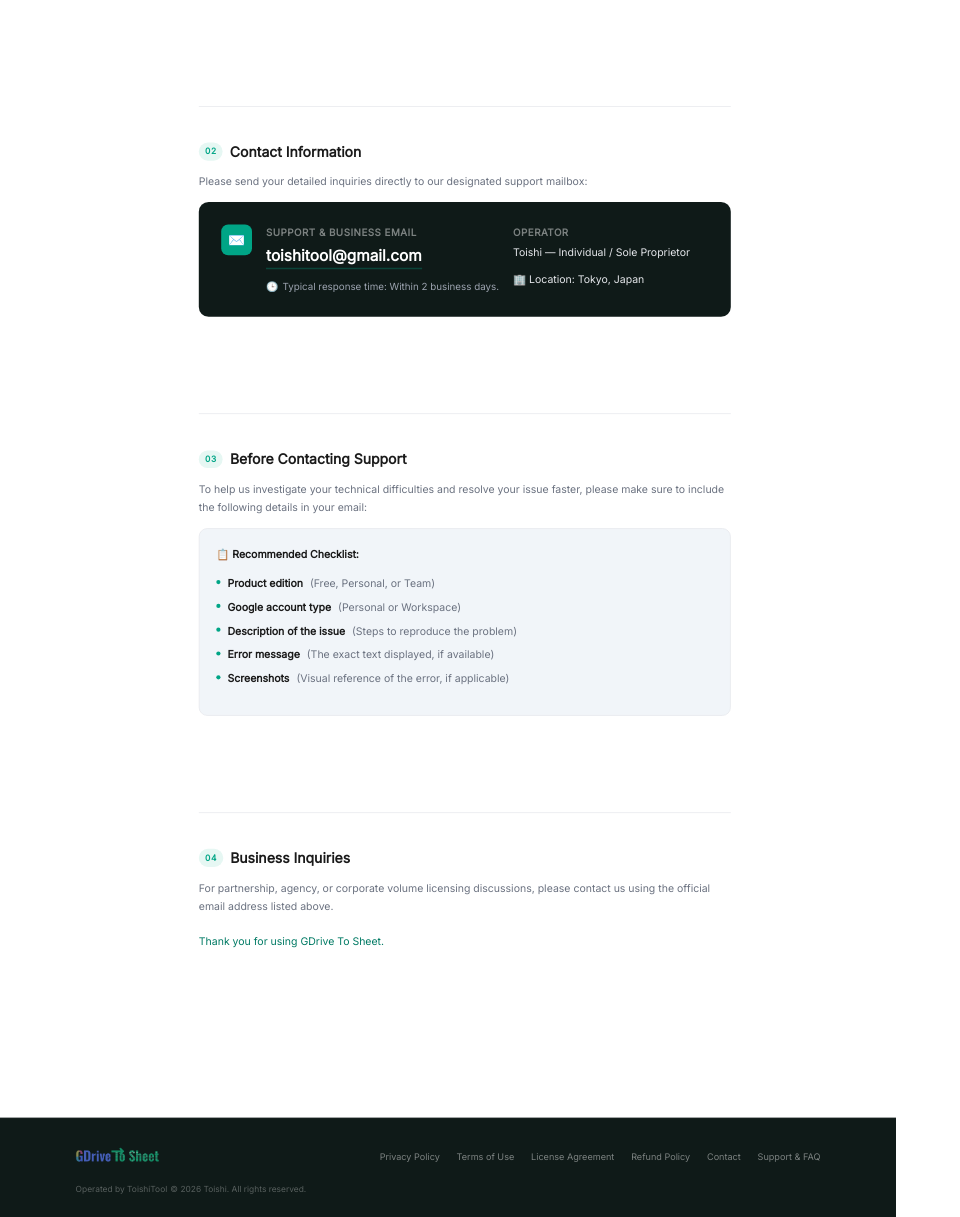
Repository: toishitool/gdrive-to-sheet
Page: contact.html
The author's editor kept a copy of each file at every save. The page is drawn from the files as they stood at one save, then again after the next save.
The browser window is 1280 px wide. The page is 1372 px wide, so the pictures cover 1372 px, including what lies to the right of the window. The pictures show the part of the page from y = 692 to 2452 px (the page is 2430 px tall before and 2452 px after), at 70% of full size.

Above is the page before, as saved 2026-06-21 13:36:51.

After the next save:
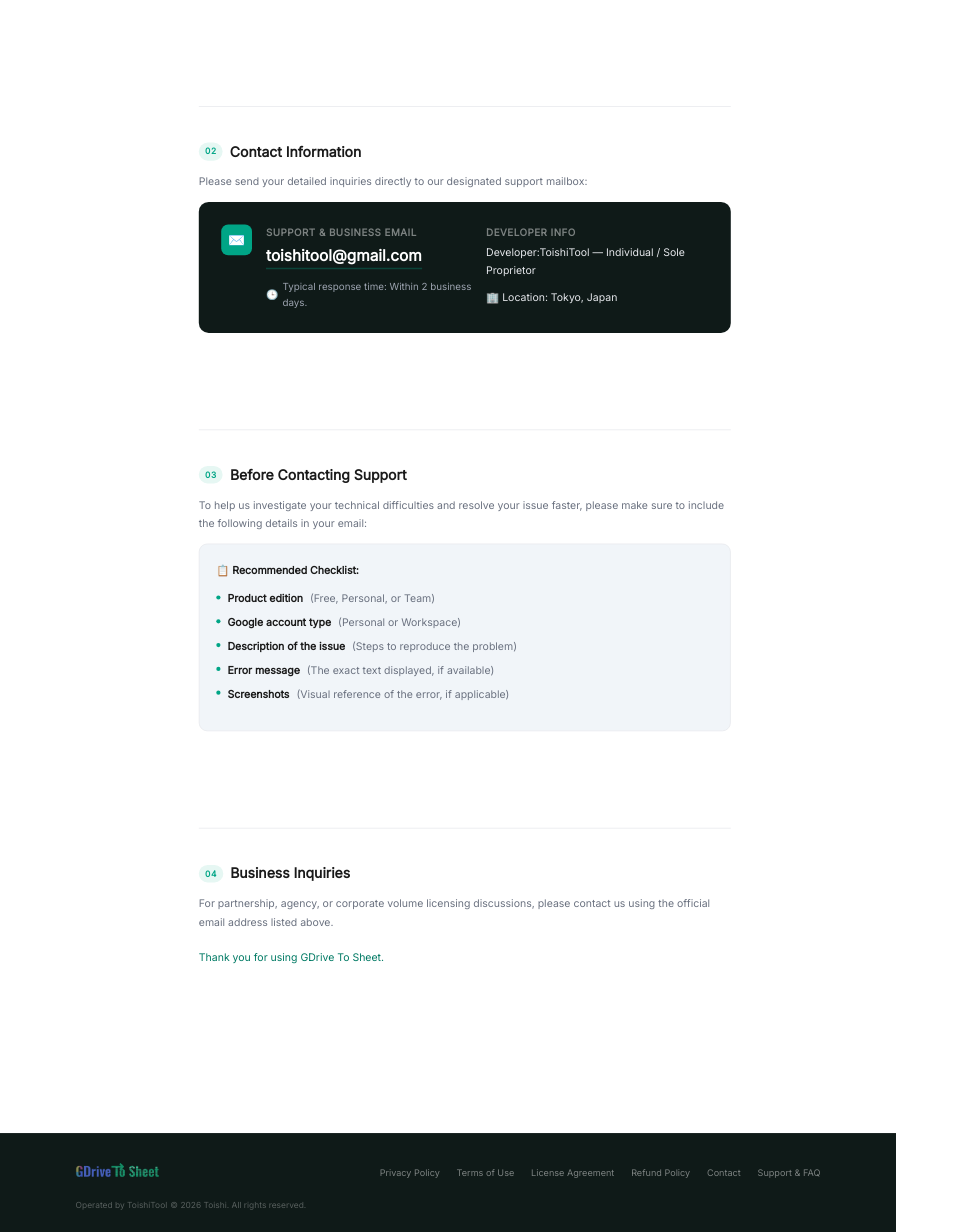
Saved 17 min 33 s later.
--- a/contact.html
+++ b/contact.html
@@ -86,8 +86,8 @@
               </div>
               <div class="response-text">
               <div>
-                <h3>Operator</h3>
-                <p class="operator-text">Toishi — Individual / Sole Proprietor</p>
+                <h3>Developer Info</h3>
+                <p class="operator-text">Developer:ToishiTool — Individual / Sole Proprietor</p>
                 <p class="operator-text">🏢 Location: Tokyo, Japan</p>
               </div></div>
             </div>
